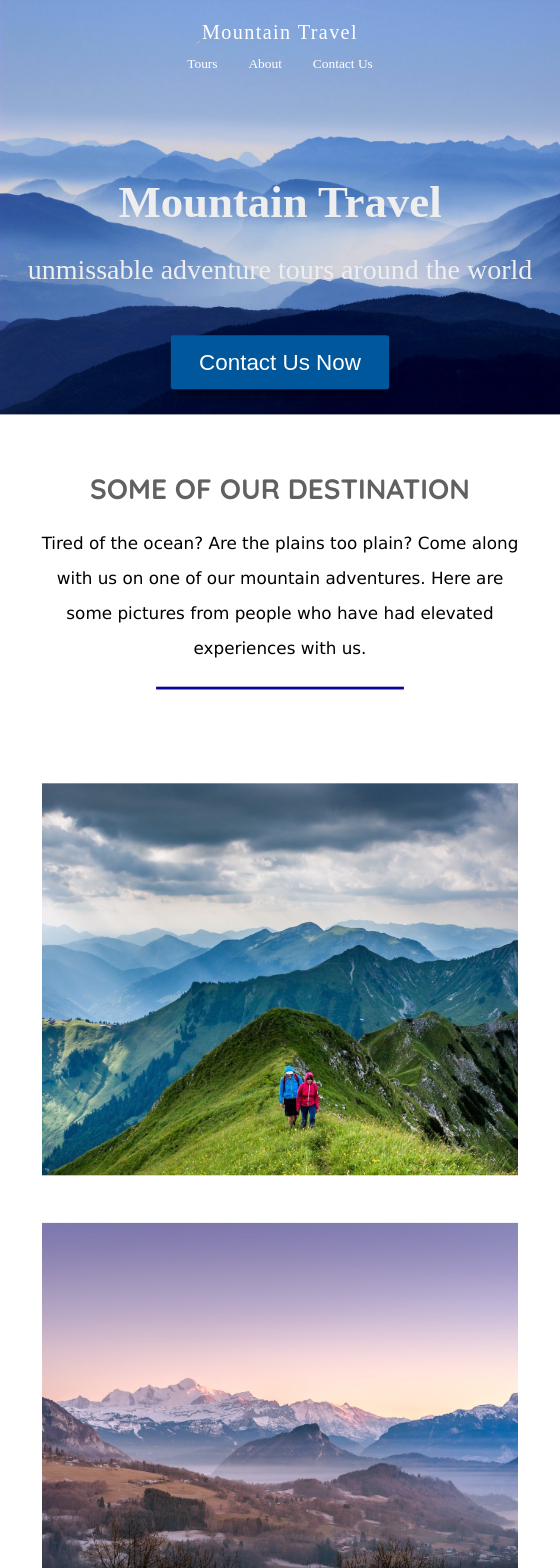
Repository: Einsteiniumeinsteinian/Advanced-CSS
Page: css-project-starter-code/index.html
These files come from the project's save history. The page is drawn as it stood at one moment and after a run of saves; the edit follows.
The browser window is 768 px wide. The page is 800 px wide, so the pictures cover 800 px, including what lies to the right of the window. The pictures show the part of the page from y = 0 to 2240 px (the page is 9103 px tall before and 9114 px after), at 70% of full size.
Some web libraries are served in a nearby version.

Above is the page before, as saved 2021-09-02 14:30:18.

After the next 4 saves:
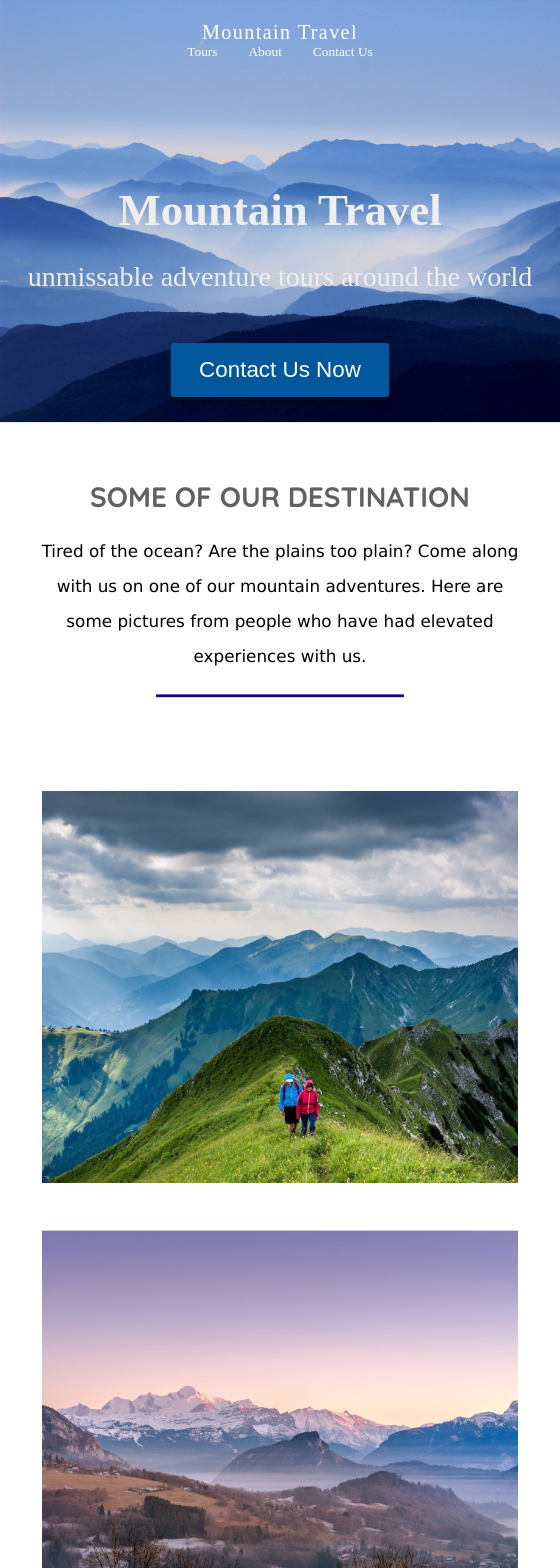
The 4 saves are shown as one change because they came seconds apart.
The last was saved 15 s later.
--- a/css-project-starter-code/assets/css/styles.css
+++ b/css-project-starter-code/assets/css/styles.css
@@ -55,7 +55,7 @@ nav > a{
         justify-content: space-around;
     }
 
-    nav > a{
+    nav > span{
         flex-basis: 50px;
     }
 
